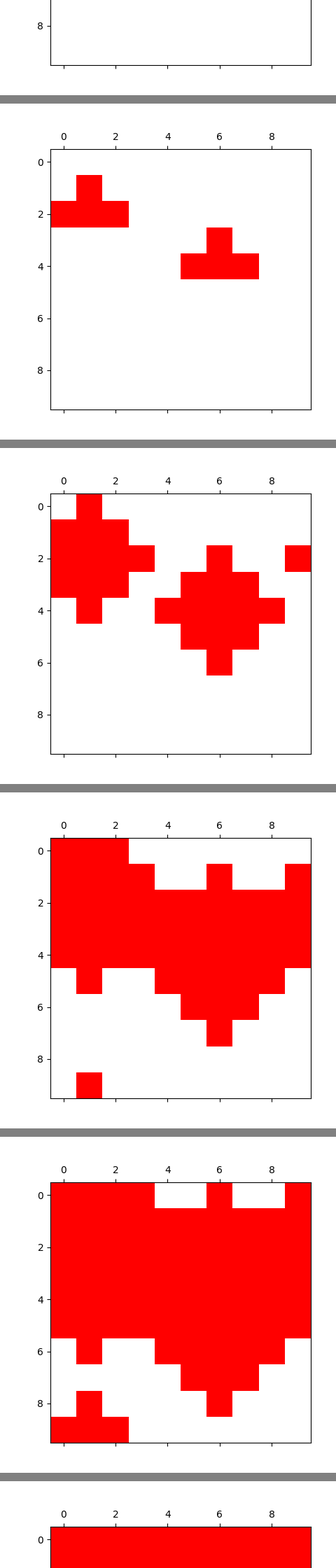
Repository: eduardodut/Trabalho_final_estatistica_cd
Script's output: python src/Simulador.py
The author's editor kept a copy of each file at every save. The script's output is drawn from the files as they stood at one save, then again after the next save.
The pictures show rows 344 to 2584 of an output 3924 px tall, at 70% of full size.
Each picture stacks the figures in order, with grey between them; figures that are only written to a file come last. The script is stopped after its 8th figure. Random numbers start from a fixed seed.

Above is the script's output before, as saved 2020-07-10 18:52:41.

### src/Simulador.py
import pandas as pd
import numpy as np
from Matriz_esferica import Matriz_esferica
from Individuo import Individuo, Fabrica_individuo
import random
from itertools import permutations
import matplotlib.pyplot as plt
from matplotlib.colors import ListedColormap
from scipy.sparse import csr_matrix, lil_matrix




class Simulador():

    def __init__(
        self,
        tamanho_matriz,                 #numero de linhas e colunas da matriz esférica
        percentual_inicial_tipo1,       #percentual inicial da população que será infectada tipo 1
        percentual_inicial_tipo2,       #percentual inicial da população que será infectada tipo 2
        chance_infeccao,                #chance que um infectado tipo 2 tem de infectar um indivíduo saudável
        chance_infeccao_tipo2,          #chance de um indivíduo infectado se tornar contagioso
        chance_morte,                   #chance de um indivíduo tipo 2 morrer ao fim de uma atualização
        atualizacoes_cura):             #número de atualizações necessárias para a cura de um indivíduo tipo 1 ou 2

        self.num_atualizacoes = 0
        self.lista_infectados_tipo_2 = []
        self.lista_infectados_tipo_1 = []
        self.num_curados = 0
        self.num_mortos = 0

        self.chance_infeccao = chance_infeccao
        self.chance_infeccao_tipo2 = chance_infeccao_tipo2
        self.chance_morte = chance_morte

        self.populacao_inicial = int(tamanho_matriz**2)
        self.num_inicial_tipo2 = int(self.populacao_inicial * percentual_inicial_tipo2)
        self.num_inicial_tipo1 = int(self.populacao_inicial * percentual_inicial_tipo1)
        self.num_inicial_sadios = self.populacao_inicial - (self.num_inicial_tipo2 + self.num_inicial_tipo1)
        self.fabrica_individuo = Fabrica_individuo(atualizacoes_cura)



        self.df_individuos = pd.DataFrame(index= range(tamanho_matriz), columns=range(tamanho_matriz))


        self.popular(tamanho_matriz)

        self.lista_matrizes_posicionamento = []





        #objeto que é responsável por validar a movimentação no grid n x n
        self.matriz_esferica = Matriz_esferica(tamanho_matriz)


        self.matriz_status = lil_matrix((tamanho_matriz, tamanho_matriz),dtype= np.uint8)


        dict = {
                'num_sadios':self.num_inicial_sadios,
                'num_infect_t1':self.num_inicial_tipo1,
                'num_infect_t2':self.num_inicial_tipo2,
                'num_curados':0,
                'num_mortos':0}


        #dataframe que guardará os resultados de cada atualização
        self.dataframe = pd.DataFrame(index = [0])
        self.salvar_posicionamento()



    def salvar_posicionamento(self):
        self.lista_matrizes_posicionamento.append(self.matriz_status)


    def verificar_infeccao(self, lista_infectantes):
        lista_novos_infectados_tipo1 = []
        lista_novos_infectados_tipo2 = []
        #itera sobre sobre a lista de individuos que infectam e cada um realiza a tividade de infectar
        for X,Y in lista_infectantes:

            #busca os vizinhos do infectante atual
            lista_vizinhos = self.matriz_esferica.get_vizinhos(X, Y)
            #Para cada vizinho, se ele for sadio, é gerado um número aleatório para verificar se foi infectado
            for x,y in lista_vizinhos:

                #verificação de SADIO
                if self.matriz_status[x,y] == Individuo.SADIO:
                    #verificação do novo status
                    novo_status = self.infectar(chance_infeccao, chance_infeccao_tipo2)
                    #se for um infectado tipo 1
                    if novo_status == Individuo.INFECTADO_TIPO_1:
                        #adiciona na lista de novos tipo 1
                        lista_novos_infectados_tipo1.append((x,y))
                        #modifica o status na matriz de status
                        self.df_individuos.loc[x,y] = self.fabrica_individuo.criar_individuo(Individuo.INFECTADO_TIPO_1,(x,y))
                        self.matriz_status[x,y] = Individuo.INFECTADO_TIPO_1

                    if novo_status == Individuo.INFECTADO_TIPO_2:
                        #adiciona na lista de novos tipo 2
                        lista_novos_infectados_tipo2.append((x,y))
                        #modifica o status na matriz de status
                        self.df_individuos.loc[x,y] = self.fabrica_individuo.criar_individuo(Individuo.INFECTADO_TIPO_2,(x,y))
                        self.matriz_status[x,y] = Individuo.INFECTADO_TIPO_2

        return lista_novos_infectados_tipo1, lista_novos_infectados_tipo2

    def verificar_morte(self, lista_infectantes_tipo2):
        num_mortos = 0
        num_curados = 0
        for x,y in lista_infectantes_tipo2:
            novo_status = self.df_individuos.loc[x,y].checagem_morte(self.chance_morte)
            if novo_status == Individuo.MORTO:
                num_mortos += 1
                self.matriz_status[x,y] = Individuo.MORTO
                lista_infectantes_tipo2.remove((x,y))
            if novo_status == Individuo.CURADO:
                num_curados += 1
                self.matriz_status[x,y] = Individuo.CURADO
                lista_infectantes_tipo2.remove((x,y))

        return num_mortos, num_curados


    def verificar_cura(self, lista_infectantes):
        num_curados = 0
        for x,y in lista_infectantes:
            novo_status = self.df_individuos.loc[x,y].checagem_cura()
            if novo_status == Individuo.CURADO:
                num_curados += 1
                self.matriz_status[x,y] = Individuo.CURADO
                lista_infectantes.remove((x,y))

        return num_curados




    def iterar(self):

        #Verifica os novos infectados a partir dos atuais infectantes na matriz
        lista_novos_infectados_tipo1, lista_novos_infectados_tipo2 = self.verificar_infeccao(self.lista_infectados_tipo_1 + self.lista_infectados_tipo_2)


        #Verifica morte dos tipo 2
        num_mortos_atualizacao, num_curados_t2_atualizacao = self.verificar_morte(self.lista_infectados_tipo_2)



        # #retirar os mortos da atualização da lista de infectados tipo 2
        # self.lista_infectados_tipo_2 = [i for i in self.lista_infectados_tipo_2 if i.status != Individuo.MORTO]

        #atualiza o novo número de mortos
        self.num_mortos += num_mortos_atualizacao


        #Verificar cura
        num_curados_t1_atualizacao = self.verificar_cura(self.lista_infectados_tipo_1)


        # #retirar os curados das lista de infectados tipo 1 e 2
        # self.lista_infectados_tipo_2 = [i for i in self.lista_infectados_tipo_2 if i.status != Individuo.CURADO]
        # self.lista_infectados_tipo_1 = [i for i in self.lista_infectados_tipo_1 if i.status != Individuo.CURADO]

        #adiciona os novos curados na lista geral de curados
        self.num_curados = self.num_curados + num_curados_t1_atualizacao + num_curados_t2_atualizacao



        # self.  #movimentar infectantes:
        for x,y in self.lista_infectados_tipo_1:
            self.mover_infectante((x,y))

        for x,y in self.lista_infectados_tipo_2:
            self.mover_infectante((x,y))


        #adicionar os novos infectados tipo 1 e 2 para as respectivas listas
        self.lista_infectados_tipo_2 = self.lista_infectados_tipo_2 + lista_novos_infectados_tipo2
        self.lista_infectados_tipo_1 = self.lista_infectados_tipo_1 + lista_novos_infectados_tipo1



        num_tipo_1 = len(self.lista_infectados_tipo_1)

        num_tipo_2 = len(self.lista_infectados_tipo_2)

        dict = {
                'num_sadios':self.populacao_inicial - self.num_mortos - self.num_curados - num_tipo_1 - num_tipo_2 ,
                'num_infect_t1':num_tipo_1,
                'num_infect_t2':num_tipo_2,
                'num_curados':self.num_curados,
                'num_mortos':self.num_mortos}

        self.dataframe = self.dataframe.append(dict, ignore_index=True)

        print("num t1: ", num_tipo_1)
        print("num t2: ", num_tipo_2)
        print("num curados: ", self.num_curados)
        print("num mortos: ", self.num_mortos)
        print("---------")
        #salva a nova matriz de status
        self.salvar_posicionamento()

        #adiciona 1 ao número de atualizações realizadas na matriz
        self.num_atualizacoes +=1

    def infectar(self, chance_infeccao, chance_infeccao_tipo2):
        saida = Individuo.SADIO

        #número aleatório para chance de infectar o vizinho
        rng_infeccao = random.random()
        if rng_infeccao <= chance_infeccao:
            #número aleatório para chance de infecção tipo 1 ou 2
            rng_infeccao_tipo2 = random.random()
            if rng_infeccao_tipo2 <= chance_infeccao_tipo2:
                saida = Individuo.INFECTADO_TIPO_2
            else:
                saida = Individuo.INFECTADO_TIPO_1
        return saida

    def popular(self, tamanho_matriz):

        # for index, row in self.df_individuos.iterrows():
        #     for item in row:
        #         item = self.fabrica_individuo.criar_individuo(Individuo.SADIO,(0,0))
        self.df_individuos.iloc[:,:] = self.fabrica_individuo.criar_individuo(Individuo.SADIO,(0,0))


        #lista de possíveis combinações de índices da matriz de dados
        permutacoes = permutations(list(range(tamanho_matriz)),2)
        #conversão para lista de tuplas(x,y)
        lista_indices = list(permutacoes)
        #embaralhamento dos índices
        random.shuffle(lista_indices)

        #cria o primeiro tipo1:
        indice = lista_indices.pop()
        ind_x = indice[0]
        ind_y = indice[1]
        self.lista_infectados_tipo_1.append((ind_x,ind_y))
        self.df_individuos.loc[ind_x,ind_y] = self.fabrica_individuo.criar_individuo(Individuo.INFECTADO_TIPO_1,(ind_x,ind_y))

        #cria o restante dos tipos 1
        for i in range(1,self.num_inicial_tipo1):
            indice = lista_indices.pop()
            ind_x = indice[0]
            ind_y = indice[1]
            self.lista_infectados_tipo_1.append((ind_x,ind_y))
            self.df_individuos.loc[ind_x,ind_y] = self.fabrica_individuo.criar_individuo(Individuo.INFECTADO_TIPO_1,(ind_x,ind_y))


        #cria o restante dos tipo 2:
        for indice in range(self.num_inicial_tipo2):
            indice = lista_indices.pop()
            ind_x = indice[0]
            ind_y = indice[1]
            self.lista_infectados_tipo_2.append((ind_x,ind_y))
            self.df_individuos.loc[ind_x,ind_y] = self.fabrica_individuo.criar_individuo(Individuo.INFECTADO_TIPO_2,(ind_x,ind_y))


    def trocar_status_localizacao(self,ponto_ini,ponto_final):
        x_ini = ponto_ini[0]
        y_ini = ponto_ini[1]
        x_fin = ponto_final[0]
        y_fin = ponto_final[1]

        aux1 = self.matriz_status[x_fin,y_fin]
        self.matriz_status[x_fin,y_fin] = self.matriz_status[x_ini,y_ini]
        self.matriz_status[x_ini,y_ini] = aux1

        aux2 = self.df_individuos.loc[x_fin,y_fin]
        self.df_individuos.loc[x_fin,y_fin] = self.df_individuos.loc[x_ini,y_ini]
        self.df_individuos.loc[x_ini,y_ini] = aux2



    def mover_infectante(self, posicao_inicial):
        pos_x, pos_y = posicao_inicial[0], posicao_inicial[1]
        rng_posicao = random.random()
        if rng_posicao <=0.25:
            #move pra cima
            pos_x -= 1
        elif rng_posicao <=0.5:
            #move pra baixo
            pos_x += 1
        elif rng_posicao <=0.75:
            #move para esquerda
            pos_y -= 1
        else:
            #move para direita
            pos_y += 1

        novo_x, novo_y = self.matriz_esferica.valida_ponto_matriz(pos_x, pos_y)
        #descobre qual individuo ocupa atualmente a posição para atribuí-lo a posição de quem o está substituindo
        status = self.matriz_status[novo_x, novo_y]
        # if status == Individuo.INFECTADO_TIPO_1:
        #     individuo_ocupante_destino = self.matriz_localizacao[novo_x, novo_y]
        #     print(status)
        #     print(individuo_ocupante_destino)
        #     print(len(self.lista_infectados_tipo_1))

        #     self.lista_infectados_tipo_1[individuo_ocupante_destino].posicao = infectante.posicao
        # elif status == Individuo.INFECTADO_TIPO_2:
        #     individuo_ocupante_destino = self.matriz_localizacao[novo_x, novo_y]
        #     print(status)
        #     print(individuo_ocupante_destino)
        #     print(len(self.lista_infectados_tipo_2))
        #     self.lista_infectados_tipo_2[individuo_ocupante_destino].posicao = infectante.posicao

        # elif status == Individuo.CURADO:
        #     individuo_ocupante_destino = self.matriz_localizacao[novo_x, novo_y]
        #     self.lista_curados[individuo_ocupante_destino].posicao = infectante.posicao
        # elif status == Individuo.MORTO:
        #     individuo_ocupante_destino = self.matriz_localizacao[novo_x, novo_y]
        #     self.lista_matrizes_posicionamento[individuo_ocupante_destino].posicao = infectante.posicao


        self.trocar_status_localizacao(posicao_inicial,(novo_x, novo_y))







chance_infeccao = 1
chance_infeccao_tipo2 = 0.
chance_morte = 0.2
atualizacoes_cura = 10
percentual_inicial_tipo1 = 0.01
percentual_inicial_tipo2 = 0.01


sim = Simulador(
    10,
    percentual_inicial_tipo1,
    percentual_inicial_tipo2,
    chance_infeccao,
    chance_infeccao_tipo2,
    chance_morte,atualizacoes_cura)

#print(sim.lista_matrizes_posicionamento[0])
#print(sim.lista_infectados_tipo_2)
#print(sim.lista_infectados_tipo_1)
cmap = ListedColormap(['w', 'y', 'yellow', 'red'])



plt.matshow(sim.lista_matrizes_posicionamento[0].toarray(), cmap = cmap)
sim.iterar()


plt.matshow(sim.lista_matrizes_posicionamento[1].toarray(),cmap = cmap)
sim.iterar()

plt.matshow(sim.lista_matrizes_posicionamento[2].toarray(), cmap = cmap)
sim.iterar()

plt.matshow(sim.lista_matrizes_posicionamento[3].toarray(), cmap = cmap)
sim.iterar()

plt.matshow(sim.lista_matrizes_posicionamento[4].toarray(), cmap = cmap)
sim.iterar()


plt.matshow(sim.lista_matrizes_posicionamento[5].toarray(), cmap= cmap)
sim.iterar()

plt.matshow(sim.lista_matrizes_posicionamento[6].toarray(), cmap = cmap)
sim.iterar()
plt.matshow(sim.lista_matrizes_posicionamento[7].toarray(), cmap = cmap)
sim.iterar()
plt.matshow(sim.lista_matrizes_posicionamento[8].toarray(), cmap = cmap)
sim.iterar()
plt.matshow(sim.lista_matrizes_posicionamento[9].toarray(), cmap = cmap)
sim.iterar()
plt.show();

### src/Matriz_esferica.py

import random

class Matriz_esferica():

    def __init__(self, tamanho):
        self.tamanho = tamanho

    def get_vizinho_esquerda(self, indice_x: int, indice_y: int):
        return self.checa_limite_matriz(indice_x), self.checa_limite_matriz(indice_y -1)

    def get_vizinho_direita(self, indice_x: int, indice_y: int):
        return self.checa_limite_matriz(indice_x), self.checa_limite_matriz(indice_y + 1)

    def get_vizinho_cima(self, indice_x: int, indice_y: int):
        return self.checa_limite_matriz(indice_x - 1), self.checa_limite_matriz(indice_y)

    def get_vizinho_baixo(self, indice_x: int, indice_y: int):
        return self.checa_limite_matriz(indice_x + 1), self.checa_limite_matriz(indice_y)

    def get_vizinhos(self, indice_x: int, indice_y: int):

        return self.get_vizinho_cima(indice_x,indice_y), self.get_vizinho_baixo(indice_x,indice_y),  self.get_vizinho_esquerda(indice_x,indice_y), self.get_vizinho_direita(indice_x,indice_y)

    def checa_limite_matriz(self, indice):

        if indice < 0:
            return self.tamanho + indice
        elif indice > self.tamanho - 1:
            return indice - self.tamanho
        else:
            return indice

    def valida_ponto_matriz(self, indice_x: int, indice_y: int):

        return self.checa_limite_matriz(indice_x), self.checa_limite_matriz(indice_y)

    #devolve um ponto aleatório vizinho da matriz a partir do ponto especificado em uma das 8 direções
    def passo(self, indice_x: int, indice_y: int, tamanho_max_passo: int):

        passo_x = tamanho_max_passo if random.random() >=0.5 else -tamanho_max_passo
        passo_y = tamanho_max_passo if random.random() >=0.5 else -tamanho_max_passo
        return self.checa_limite_matriz(indice_x + passo_x), self.checa_limite_matriz(indice_y + passo_y)

### src/Individuo.py
import random

class Individuo():

    SADIO = 0
    INFECTADO_TIPO_1 = 1 #assintomáticos e o infectado inicial
    INFECTADO_TIPO_2 = 2 #sintomático
    CURADO = 3
    MORTO = 4

    def __init__(
        self,
        status,
        atualizacoes_cura,
        posicao):

        self.status = status
        self.atualizacoes_cura = atualizacoes_cura
        self.posicao = posicao
    def __repr__(self):
        return  str(self.status)


    def infectar(self, chance_infeccao, chance_infeccao_tipo2):
        saida = Individuo.SADIO
        if (self.status == Individuo.INFECTADO_TIPO_2 or self.status == Individuo.INFECTADO_TIPO_1):
            #número aleatório para chance de infectar o vizinho
            rng_infeccao = random.random()
            if rng_infeccao <= chance_infeccao:
                #número aleatório para chance de infecção tipo 1 ou 2
                rng_infeccao_tipo2 = random.random()
                if rng_infeccao_tipo2 <= chance_infeccao_tipo2:
                    saida = Individuo.INFECTADO_TIPO_2
                else:
                    saida = Individuo.INFECTADO_TIPO_1



        return saida

    def checagem_morte(self, chance_morte):

        if self.status == Individuo.INFECTADO_TIPO_2:
            rng_morte = random.random()
            if rng_morte <= chance_morte:
                self.status = Individuo.MORTO
                return self.status

        return self.checagem_cura()

    def checagem_cura(self):
        if self.status == Individuo.INFECTADO_TIPO_2 or self.status == Individuo.INFECTADO_TIPO_1:
            self.atualizacoes_cura = self.atualizacoes_cura - 1

            if self.atualizacoes_cura == 0:
                self.status = Individuo.CURADO

        return self.status



class Fabrica_individuo():

    def __init__(
        self,
        atualizacoes_cura):             #número de atualizações necessárias para a cura de um indivíduo tipo 1 ou 2

        self.atualizacoes_cura = atualizacoes_cura

    def criar_individuo(self, status_inicial, posicao):

        return Individuo(
            status_inicial,
            self.atualizacoes_cura,
            posicao)

After the next save:
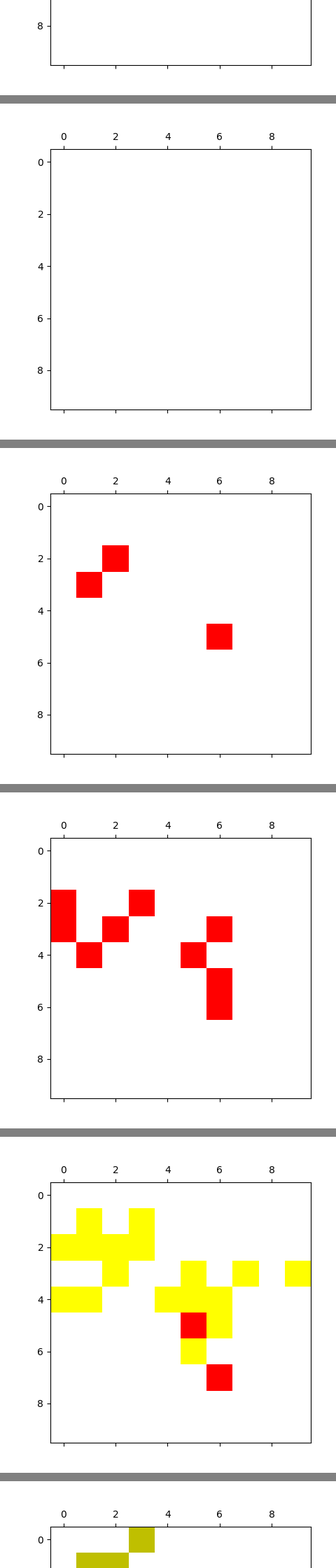
Saved 45 s later.
--- a/src/Simulador.py
+++ b/src/Simulador.py
@@ -328,8 +328,8 @@ class Simulador():
 
 
 
-chance_infeccao = 1
-chance_infeccao_tipo2 = 0.
+chance_infeccao = 0.3
+chance_infeccao_tipo2 = 0.1
 chance_morte = 0.2
 atualizacoes_cura = 10
 percentual_inicial_tipo1 = 0.01
